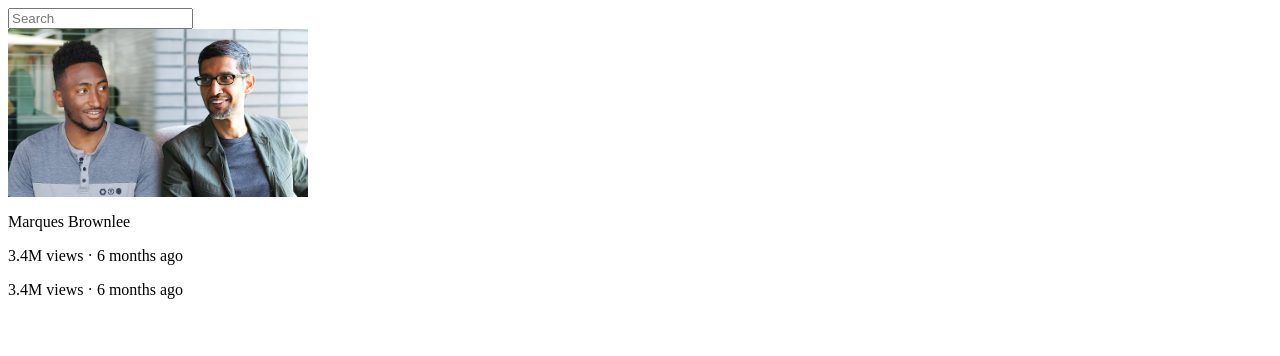
Repository: knowledgeAlan/html-css-nine
Page: youtube.html
These files come from the project's save history. The page is drawn as it stood at one moment and after the next save; the edit follows.
The browser window is 1280 px wide. The pictures show the whole page.

Above is the page before, as saved 2024-03-06 18:18:09.

### youtube.html
<!DOCTYPE html>
<html>

<head>
    <title>Youtube.com Clone</title>
    <style >
        .thumbnail {
            width: 300px;
            display: block;
        }

        .search-bar{

        }

        .video-title {
            width: 300px;
        }

    </style>

    <body>



        <input class="searh-bar" type="text" placeholder="Search">

        <div class="video-preview">

            <img class="thumbnail" src="thumbnails/thumbnail.png" alt="Dinosaur"/>

            <p class="video-title">
                Marques Brownlee
            </p>

            <p class="video-title">
                3.4M views &#183; 6 months ago
            </p>

            <p class="video-stats">
                3.4M views &#183; 6 months ago
            </p>
        </div>



    </body>
</head>
</html>

After the next save:
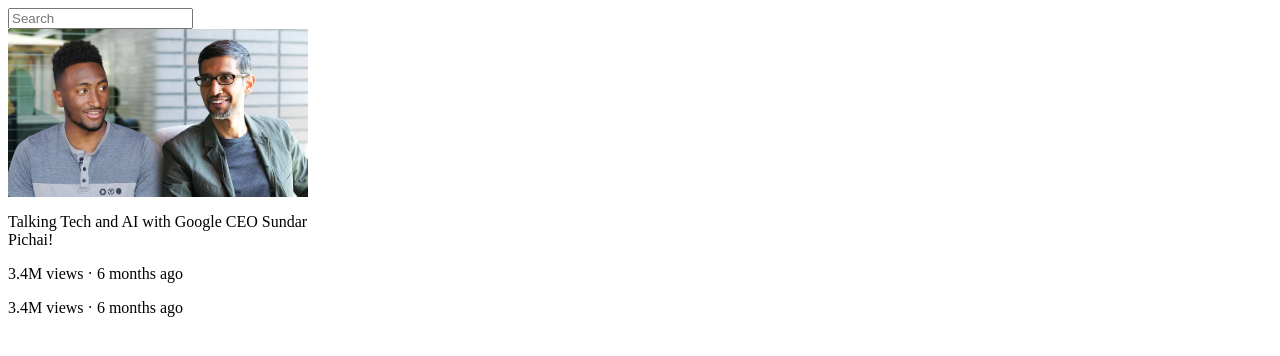
Saved 44 s later.
--- a/youtube.html
+++ b/youtube.html
@@ -30,10 +30,10 @@
             <img class="thumbnail" src="thumbnails/thumbnail.png" alt="Dinosaur"/>
 
             <p class="video-title">
-                Marques Brownlee
+                Talking Tech and AI with Google CEO Sundar Pichai!
             </p>
 
-            <p class="video-title">
+            <p class="video-author">
                 3.4M views &#183; 6 months ago
             </p>
 
